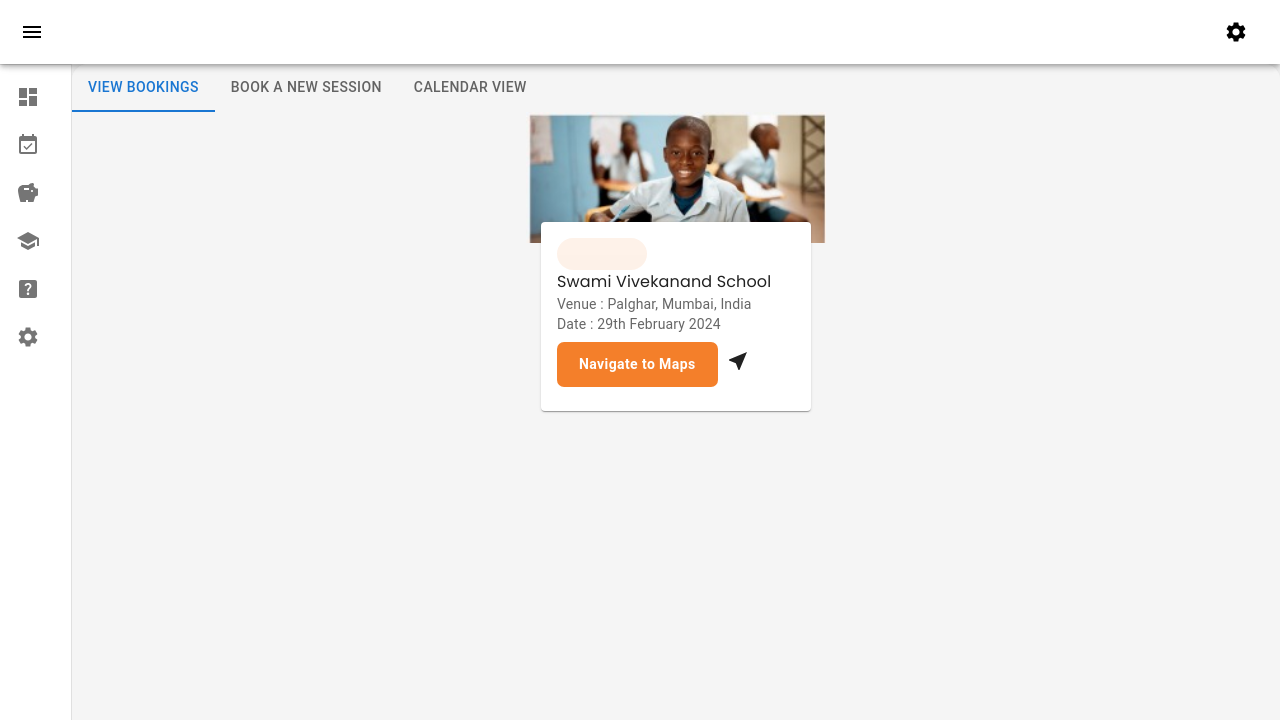
Repository: shubhampirate/Google_Solutions_Edural
Page: /bookings
An editor plug-in stored every save of this project. The page is shown before and after the next save, followed by the edit.
The browser window is 1280 px wide. The pictures show the whole page.
An inner scrolling area shows only its first screen. The project was rebuilt for these pictures with package versions that can differ from the ones it lists, and the page was loaded fresh each time. Some packages were replaced by stand-ins written for this rebuild. Also part of the build but not shown: src/Components/Navbar.jsx, src/Components/Footer.jsx, src/Components/CongratsCard.jsx, src/pages/Hero/Hero.jsx, src/pages/Dashboard/Dashboard.jsx, src/pages/Sign_in.jsx, src/pages/Bookings/LicenseCard.jsx.

Above is the page before, as saved 2024-02-04 18:18:45.

### src/index.js
import React from "react";
import ReactDOM from "react-dom/client";
import "./index.css";
import { GoogleOAuthProvider } from '@react-oauth/google';
import App from "./App";
import { BrowserRouter } from "react-router-dom";
const root = ReactDOM.createRoot(
    document.getElementById("root"));
root.render(
    <BrowserRouter>
<GoogleOAuthProvider clientId="730379698185-cv7a59sok9sod43v04ee6g6pt4gtaea2.apps.googleusercontent.com">
        {/* <React.StrictMode> */}
            <App />
        {/* </React.StrictMode> */}
    </GoogleOAuthProvider>
    </BrowserRouter>

);

### src/App.jsx
import Hero from "./pages/Hero/Hero";
import Dashboard from "./pages/Dashboard/Dashboard";
import Layout from "./Components/layout";
import SignIn from "./pages/Sign_in";
import Booking from "./pages/Bookings/bookings"
import {useState} from "react";
import { Route, Routes } from "react-router-dom";
function App() {
  return (
    <>
      {/* <Hero />   */}
      {/* <SignIn /> */}
      <Routes>
        <Route path="/signin" element={<><SignIn /></>} />
        <Route path="/dashboard" element={<Layout><Dashboard /></Layout>} />
        {/* <Route path="/education" element={<><Education /></>} /> */}
        <Route path="/bookings" element={<Layout><Booking /></Layout>} />
        {/* <Route path="/profile" element={<><Profile /></>} /> */}
        {/* <Route path="/finance" element={<><Finance /></>} /> */}
        {/* <Route path="/questions" element={<><Questions /></>} /> */}
        {/* <Route path="/retireaibot" element={<><Bot /></>} /> */}
        <Route path="/" element={<><Hero /></>} />
      </Routes>
         </>
  );
}

export default App;

### src/Components/layout.jsx
import React from 'react';
import { styled, createTheme, ThemeProvider } from '@mui/material/styles';
import CssBaseline from '@mui/material/CssBaseline';
import MuiDrawer from '@mui/material/Drawer';
import Box from '@mui/material/Box';
import MuiAppBar from '@mui/material/AppBar';
import Toolbar from '@mui/material/Toolbar';
import IconButton from '@mui/material/IconButton';
import MenuIcon from '@mui/icons-material/Menu';
import ChevronLeftIcon from '@mui/icons-material/ChevronLeft';
import { mainListItems } from './listItems';
import { List } from '@mui/material';
import Divider from '@mui/material/Divider';
import Badge from '@mui/material/Badge';
// import NotificationsIcon from '@mui/icons-material/Notifications';
import Typography from '@mui/material/Typography';
import SettingsIcon from '@mui/icons-material/Settings';
const drawerWidth = 240;

const AppBar = styled(MuiAppBar, {
  shouldForwardProp: (prop) => prop !== 'open',
})(({ theme, open }) => ({
  zIndex: theme.zIndex.drawer + 1,
  transition: theme.transitions.create(['width', 'margin'], {
    easing: theme.transitions.easing.sharp,
    duration: theme.transitions.duration.leavingScreen,
  }),
  ...(open && {
    marginLeft: drawerWidth,
    width: `calc(100% - ${drawerWidth}px)`,
    transition: theme.transitions.create(['width', 'margin'], {
      easing: theme.transitions.easing.sharp,
      duration: theme.transitions.duration.enteringScreen,
    }),
  }),
  backgroundColor: 'white', // Set background color to white
  color: 'black',
}));

const Drawer = styled(MuiDrawer, { shouldForwardProp: (prop) => prop !== 'open' })(
  ({ theme, open }) => ({
    '& .MuiDrawer-paper': {
      position: 'relative',
      whiteSpace: 'nowrap',
      width: drawerWidth,
      transition: theme.transitions.create('width', {
        easing: theme.transitions.easing.sharp,
        duration: theme.transitions.duration.enteringScreen,
      }),
      boxSizing: 'border-box',
      ...(!open && {
        overflowX: 'hidden',
        transition: theme.transitions.create('width', {
          easing: theme.transitions.easing.sharp,
          duration: theme.transitions.duration.leavingScreen,
        }),
        width: theme.spacing(7),
        [theme.breakpoints.up('sm')]: {
          width: theme.spacing(9),
        },
      }),
    },
  }),
);

const defaultTheme = createTheme();

const Layout = ({ children }) => {
  const [open, setOpen] = React.useState(false);

  const toggleDrawer = () => {
    setOpen(!open);
  };

  return (
    <ThemeProvider theme={defaultTheme}>
      <Box sx={{ display: 'flex' }}>
        <CssBaseline />
        <AppBar position="absolute" open={open}
        //  sx={{
        //         backgroundColor:
        //         // "rgba(244, 127, 42, 0.04)",
        //         (theme) =>
        //         theme.palette.mode === 'light'
        //             ? theme.palette.grey[100]
        //             : theme.palette.grey[900]}}
                    >
          <Toolbar
            sx={{
              pr: '24px', // keep right padding when drawer closed
            }}
          >
            <IconButton
              edge="start"
              color="inherit"
              aria-label="open drawer"
              onClick={toggleDrawer}
              sx={{
                marginRight: '36px',
                ...(open && { display: 'none' }),
              }}
            >
              <MenuIcon />
            </IconButton>
            <Typography
              component="h1"
              variant="h6"
              color="inherit"
              noWrap
              sx={{ flexGrow: 1 }}
            >
              {/* Dashboard */}
            </Typography>
            <IconButton color="inherit">
              {/* <Badge badgeContent={4} color="secondary"> */}
                <SettingsIcon />
              {/* </Badge> */}
            </IconButton>

          </Toolbar>
        </AppBar>
        <Drawer variant="permanent" open={open}>
          <Toolbar
            sx={{
              display: 'flex',
              alignItems: 'center',
              justifyContent: 'flex-end',
              px: [1],
            }}
          >
            <IconButton onClick={toggleDrawer}>
              <ChevronLeftIcon />
            </IconButton>
          </Toolbar>
          <Divider />
            <List component="nav">
                {mainListItems}
            </List>
        </Drawer>
        <Box
          component="main"
          sx={{
            backgroundColor: (theme) =>
              theme.palette.mode === 'light'
                ? theme.palette.grey[100]
                : theme.palette.grey[900],
            flexGrow: 1,
            height: '100vh',
            overflow: 'auto',
          }}
        >
          <Toolbar />
          {/* Content of individual pages */}
          {children}
        </Box>
      </Box>
    </ThemeProvider>
  );
};

export default Layout;

### src/pages/Bookings/bookings.jsx
import React, { useState, useEffect } from 'react';
import { styled, createTheme, ThemeProvider } from '@mui/material/styles';
import CssBaseline from '@mui/material/CssBaseline';
import Box from '@mui/material/Box';
import Tabs from '@mui/material/Tabs';
import Tab from '@mui/material/Tab';
import Card from '@mui/material/Card';
import CardContent from '@mui/material/CardContent';
import Typography from '@mui/material/Typography';
import GoogleMapReact from 'google-map-react'; // Install with npm/yarn
import FullCalendar from '@fullcalendar/react'; // Install with npm/yarn
import dayGridPlugin from '@fullcalendar/daygrid'; // Install with npm/yarn
import LicenseCard from './LicenseCard';
import { CardActions, Button } from '@mui/material';
import Chip from '@mui/material/Chip';
import CustomButton from '../../Components/CustomButton';
import heroImg from "../../media/img_1.jpeg";
import NorthEastIcon from '@mui/icons-material/NorthEast';
import NearMeIcon from '@mui/icons-material/NearMe';
const defaultTheme = createTheme();



const calendarEvents = [
  { id: 1, title: 'Event 1', start: '2024-02-10', end: '2024-02-12' },
  { id: 2, title: 'Event 2', start: '2024-02-15', end: '2024-02-18' },
  // Add more calendar event data as needed
];

const AnyReactComponent = ({ text }) => <div>{text}</div>;

export default function Booking() {
  const [tabValue, setTabValue] = useState(0);

  const handleChangeTab = (event, newValue) => {
    setTabValue(newValue);
  };

  return (
    <ThemeProvider theme={defaultTheme}>
      <Box sx={{ display: 'flex', borderRadius: '16px', overflow: 'hidden', boxShadow: '0px 0px 10px rgba(0, 0, 0, 0.1)' }}>
        <CssBaseline />
        <Box
          component="main"
          sx={{
            backgroundColor: (theme) =>
              theme.palette.mode === 'light'
                ? theme.palette.grey[100]
                : theme.palette.grey[900],
            flexGrow: 1,
            height: '100vh',
            overflow: 'hidden',
          }}
        >
          <Tabs value={tabValue} onChange={handleChangeTab}>
            <Tab label="View Bookings" />
            <Tab label="Book a New Session" />
            <Tab label="Calendar View" />
          </Tabs>

          {tabValue === 0 && (

             <Box position="relative" maxWidth="300px" margin="auto" marginBottom="2rem">
             <img
               src={heroImg}
               alt="card-background"
               style={{
                 width: '100%',
                 height: '60%',
                 objectFit: 'cover',
               }}
             />
             <Card
               sx={{
                 position: 'absolute',
                 top: '80%', // Start from around 20% from the top
                 left: '5%', // Adjust as needed
                 right: '5%', // Adjust as needed
                 backgroundColor: (theme) => theme.palette.background.paper,
                 opacity: 1,

                //  minHeight:  , // Adjust as needed
                 overflow: 'auto',
               }}
             >
               <CardContent>
               <Chip
  size="sm"
  variant="soft"
  label="Education"
  sx={{ backgroundColor: '#F47F2A', color: '#F47F2A', opacity: 0.1, marginRight: '8px' }}
/>
           <br />
           <Typography variant="h7" gutterBottom>
           Swami Vivekanand School
            </Typography>

          <Typography variant="body2" color="text.secondary">
          Venue : Palghar, Mumbai, India
          </Typography>
          <Typography variant="body2" color="text.secondary">
          Date : 29th February 2024
          </Typography>
        <Box sx={{ display: 'flex-between', alignItems: 'center', marginTop: '8px' }}>
            <CustomButton backgroundColor="#F47F2A" color="#fff" buttonText="Navigate to Maps" heroBtn={true} />
            <NearMeIcon sx={{ marginLeft: '8px' }} />
          </Box>
               </CardContent>

             </Card>
           </Box>
          )}

          {tabValue === 1 && (
            <Box>
              {/* Book a New Session Content */}
              {/* Use Google Maps component to search for schools */}
              <GoogleMapReact
                bootstrapURLKeys={{ key: 'YOUR_GOOGLE_MAPS_API_KEY' }}
                defaultCenter={{ lat: 37.7749, lng: -122.4194 }}
                defaultZoom={10}
              >
                <AnyReactComponent lat={37.7749} lng={-122.4194} text="Your Location" />
              </GoogleMapReact>
            </Box>
          )}

          {tabValue === 2 && (
             <Box>
             {/* Calendar View Content */}
             {/* <FullCalendar
               plugins={[dayGridPlugin]}
               initialView="dayGridMonth"
               events={calendarEvents}
             /> */}
           </Box>          )}
        </Box>
      </Box>
    </ThemeProvider>
  );
}

### src/Components/CustomButton.jsx
import { Button, styled } from "@mui/material";
import React from "react";

const CustomButton = ({
  backgroundColor,
  color,
  buttonText,
  heroBtn,
  guideBtn,
  getStartedBtn,
}) => {
  const CustomButton = styled(Button)(({ theme }) => ({
    backgroundColor: backgroundColor,
    color: color,
    fontWeight: "700",
    fontSize: "14px",
    cursor: "pointer",
    padding: "0.5rem 1.25rem",
    borderRadius: "7px",
    textTransform: "none",
    display: "block",
    border: "2px solid transparent",
    "&:hover": {
      backgroundColor: color,
      color: backgroundColor,
      borderColor: backgroundColor,
    },
    [theme.breakpoints.down("md")]: {
      margin: (heroBtn || getStartedBtn) && theme.spacing(0, "auto", 3, "auto"),
      width: (heroBtn || getStartedBtn) && "90%",
    },
    [theme.breakpoints.down("sm")]: {
      marginTop: guideBtn && theme.spacing(3),
      width: guideBtn && "90%",
    },
  }));

  return <CustomButton>{buttonText}</CustomButton>;
};

export default CustomButton;

### src/Components/listItems.jsx
import * as React from 'react';
import ListItemButton from '@mui/material/ListItemButton';
import ListItemIcon from '@mui/material/ListItemIcon';
import ListItemText from '@mui/material/ListItemText';
import DashboardIcon from '@mui/icons-material/Dashboard';
import MedicalInformationIcon from '@mui/icons-material/MedicalInformation';
import SavingsIcon from '@mui/icons-material/Savings';
import SchoolIcon from '@mui/icons-material/School';
import HelpCenterIcon from '@mui/icons-material/HelpCenter';
import SettingsIcon from '@mui/icons-material/Settings';
import SmartToyIcon from '@mui/icons-material/SmartToy';
import { Link } from 'react-router-dom';
// import GoogleTranslateComponent from './GoogleTranslateComponent';
import EventAvailableIcon from '@mui/icons-material/EventAvailable';

export const mainListItems = (
  <>
    <React.Fragment>
      <Link to="/dashboard" style={{ textDecoration: "none", color: "black" }}>
        <ListItemButton>
          <ListItemIcon>
            <DashboardIcon />
          </ListItemIcon>
          <ListItemText primary="Dashboard" />
        </ListItemButton>
      </Link>
      <Link to="/bookings" style={{ textDecoration: "none", color: "black" }}>
        <ListItemButton>
          <ListItemIcon>
            <EventAvailableIcon />
          </ListItemIcon>
          <ListItemText primary="Bookings" />
        </ListItemButton>
      </Link>
      <Link to="/donation" style={{ textDecoration: "none", color: "black" }}>
        <ListItemButton>
          <ListItemIcon>
            <SavingsIcon />
          </ListItemIcon>
          <ListItemText primary="Donation" />
        </ListItemButton>
      </Link>
      <Link to="/education" style={{ textDecoration: "none", color: "black" }}>
        <ListItemButton>
          <ListItemIcon>
            <SchoolIcon />
          </ListItemIcon>
          <ListItemText primary="Educational Test" />
        </ListItemButton>
      </Link>
      <Link to="/questions" style={{ textDecoration: "none", color: "black" }}>
        <ListItemButton>
          <ListItemIcon>
            <HelpCenterIcon />
          </ListItemIcon>
          <ListItemText primary="FAQ" />
        </ListItemButton>
      </Link>
      <Link to="/profile" style={{ textDecoration: "none", color: "black" }}>
        <ListItemButton>
          <ListItemIcon>
            <SettingsIcon />
          </ListItemIcon>
          <ListItemText primary="Profile" />
        </ListItemButton>
      </Link>
      {/* <Link to="/retireaibot" style={{ textDecoration: "none", color: "black" }}>
        <ListItemButton>
          <ListItemIcon>
            <SmartToyIcon />
          </ListItemIcon>
          <ListItemText primary="Retire AI Bot" />
        </ListItemButton>
      </Link> */}
    </React.Fragment >
  </>
);

Loaded but not shown: public/index.html (common file); src/index.css (common file)

After the next save:
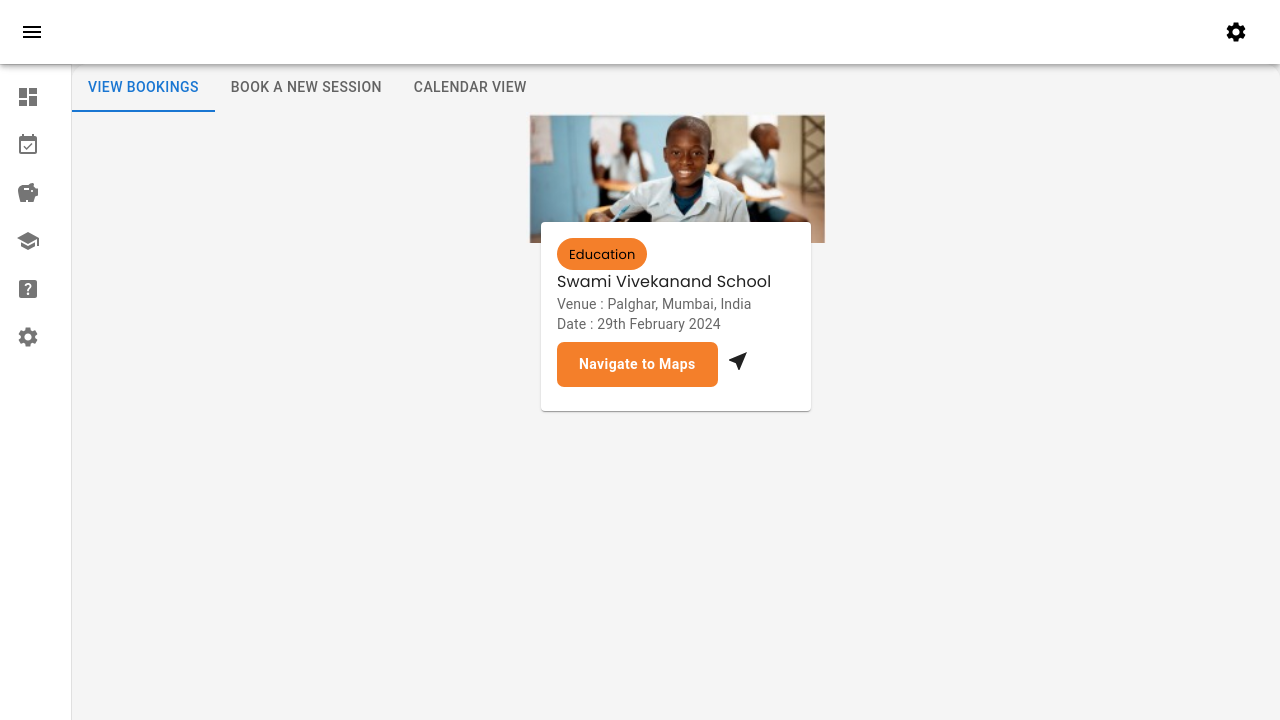
Saved 19 s later.
--- a/src/pages/Bookings/bookings.jsx
+++ b/src/pages/Bookings/bookings.jsx
@@ -88,7 +88,7 @@ export default function Booking() {
   size="sm"
   variant="soft"
   label="Education"
-  sx={{ backgroundColor: '#F47F2A', color: '#F47F2A', opacity: 0.1, marginRight: '8px' }}
+  sx={{ backgroundColor: '#F47F2A', color: 'black', marginRight: '8px' }}
 />
            <br />
            <Typography variant="h7" gutterBottom>
